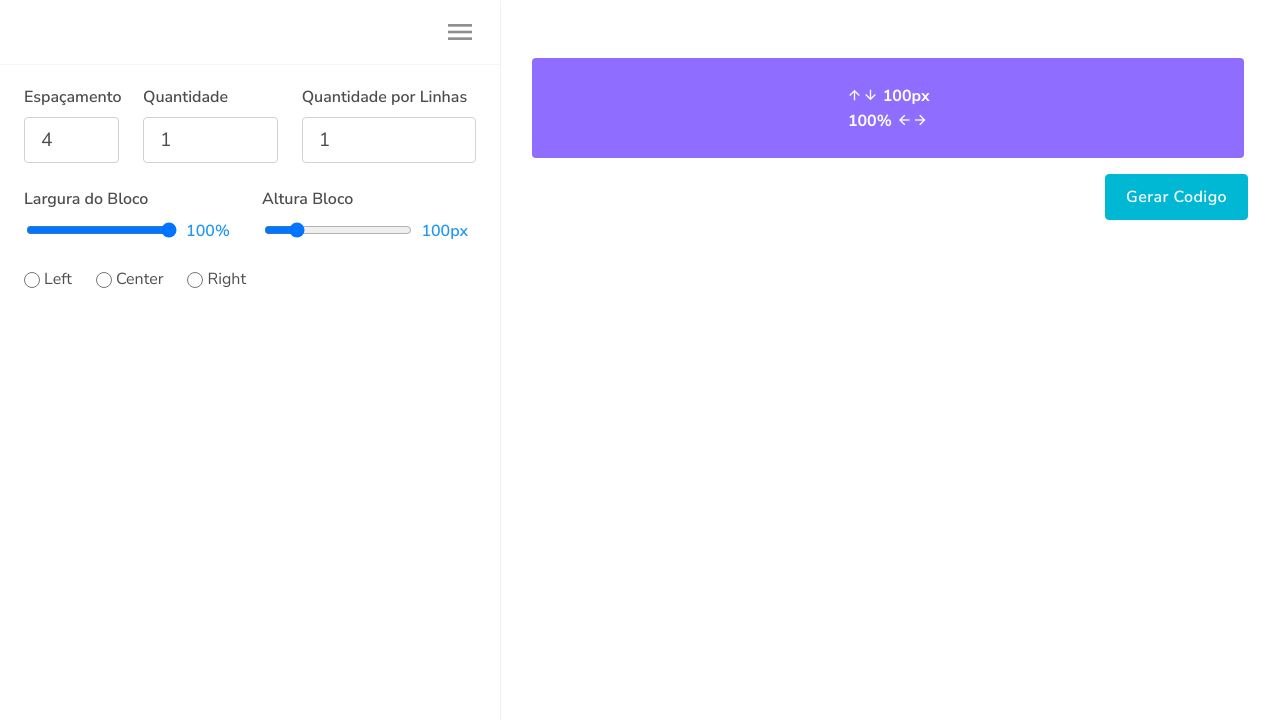
Repository: Flintdl/lowcode-elements
Page: /
An editor plug-in stored every save of this project. The page is shown before and after the next save, followed by the edit.
The browser window is 1280 px wide. The pictures show the whole page.
The project was rebuilt for these pictures with package versions that can differ from the ones it lists, and the page was loaded fresh each time. Also part of the build but not shown: vue.config.js.

Above is the page before, as saved 2022-04-05 09:39:25.

### src/components/Menu/MenuTemplate.vue
<template>
  <div>
    <div
      class="ham burger-link-mobile sf-display-flex sf-display-md-none"
      @click="menu"
    >
      <i class="mdi mdi-menu sf-text-xlg sf-text-muted sf-dropdown-action"></i>
    </div>
    <nav class="sf-menu">
      <div class="sf-menu-header">
        <div
          @click="menu"
          class="hamburger-link sf-display-none sf-display-md-block"
        >
          <i
            class="mdi mdi-menu sf-text-xlg sf-text-muted sf-dropdown-action"
          ></i>
        </div>
      </div>
      <div class="sf-menu-body">
        <ul class="sf-menu-ul">
          <li class="sf-menu-li sf-px-4">
            <div class="sf-row">
              <div class="sf-col-3 sf-form-group">
                <label class="sf-label">Espaçamento</label>
                <input
                  type="number"
                  min="1"
                  max="12"
                  value="2"
                  id="inputGap"
                  v-model="inputGap"
                  class="filter-states sf-text-capitalize"
                  placeholder="Quantidade de Blocos"
                />
              </div>
              <div class="sf-col-4 sf-form-group">
                <label class="sf-label">Quantidade</label>
                <input
                  type="number"
                  value="1"
                  id="inputQuantidade"
                  v-model="inputQuantidade"
                  class="filter-states sf-text-capitalize"
                  placeholder="Quantidade de Blocos"
                />
              </div>
              <div class="sf-col-5 sf-form-group">
                <label class="sf-label">Quantidade por Linhas</label>
                <input
                  type="number"
                  min="1"
                  max="12"
                  value="1"
                  id="inputQuantidadeLinha"
                  v-model="inputQuantidadeLinha"
                  class="filter-states sf-text-capitalize"
                  placeholder="Quantidade Linha"
                />
              </div>
              <div class="sf-col-6 sf-form-group">
                <label class="sf-label">Largura do Bloco</label>
                <div class="sf-input-group">
                  <input
                    type="range"
                    min="10"
                    max="100"
                    value="10"
                    id="inputRange"
                    v-model="inputRange"
                    class="sf-px-0 sf-border-right-0 sf-border-radius-right-0 sf-text-capitalize"
                  />
                  <div
                    class="sf-input-group-append sf-display-flex sf-justify-content-center"
                  >
                    <div
                      class="sf-display-flex sf-align-items-center sf-justify-content-center sf-border-left-0 sf-border-radius sf-border-radius-left-0 sf-px-2 sf-text-info sf-font-weight-bold sf-min-60-px"
                    >
                      {{ inputRange }}%
                    </div>
                  </div>
                </div>
              </div>
              <div class="sf-col-6 sf-form-group">
                <label class="sf-label">Altura Bloco</label>
                <div class="sf-input-group">
                  <input
                    type="range"
                    min="10"
                    max="500"
                    id="valorHeight"
                    v-model="valorHeight"
                    class="sf-px-0 sf-border-right-0 sf-border-radius-right-0 sf-text-capitalize"
                  />
                  <div
                    class="sf-input-group-append sf-display-flex sf-justify-content-center"
                  >
                    <div
                      class="sf-display-flex sf-align-items-center sf-justify-content-center sf-border-left-0 sf-border-radius sf-border-radius-left-0 sf-px-2 sf-text-info sf-font-weight-bold sf-min-60-px"
                    >
                      {{ valorHeight }}px
                    </div>
                  </div>
                </div>
              </div>
              <div class="sf-col-auto sf-form-group">
                <input
                  id="left"
                  type="radio"
                  name="drone"
                  v-model="checkValue"
                  value="left"
                  checked
                />
                <label for="left"> Left</label>
              </div>

              <div class="sf-col-auto sf-form-group">
                <input
                  type="radio"
                  id="center"
                  name="drone"
                  v-model="checkValue"
                  value="center"
                />
                <label for="center"> Center</label>
              </div>

              <div class="sf-col-auto sf-form-group">
                <input
                  type="radio"
                  id="right"
                  name="drone"
                  v-model="checkValue"
                  value="right"
                />
                <label for="right"> Right</label>
              </div>
            </div>
          </li>
        </ul>
      </div>
    </nav>
    <div class="sf-content-page">
      <HomeView
        :valor="parseInt(inputRange)"
        :inputGap="parseInt(inputGap)"
        :valorHeight="parseInt(valorHeight)"
        :quantidade="parseInt(inputQuantidade)"
        :quantidadeLinha="parseInt(inputQuantidadeLinha)"
        :checkValue="checkValue"
      />
    </div>
    <div class="ga-mascara-fundo" @click="mask"></div>
  </div>
</template>

<script>
import HomeView from "@/views/HomeView.vue";
import image from "@/assets/logo-soften.webp";

export default {
  name: "MenuTemplate",
  data: function () {
    return {
      inputQuantidade: (this.inputQuantidade = 1),
      inputQuantidadeLinha: (this.inputQuantidadeLinha = 1),
      inputRange: (this.inputRange = 100),
      valorHeight: (this.valorHeight = 100),
      inputGap: (this.inputGap = 4),
      checkValue: this.checkValue,
      image: image,
    };
  },
  components: {
    HomeView,
  },
  beforeMount() {
    if (window.innerWidth >= 768) {
      if (localStorage.getItem("menu") === "fechado") {
        document.body.classList.add("menu-fechado");
      } else {
        document.body.classList.remove("menu-fechado");
      }
    }

    (function () {
      var current = window.location.pathname.split("")[0];
      if (current === "") return;
      var menuItems = document.querySelectorAll(".sf-menu-list-link");
      for (var i = 0, len = menuItems.length; i < len; i++) {
        if (menuItems[i].getAttribute("href").indexOf(current) !== -1) {
          menuItems[i].className += " active-nolink";
          menuItems[i].nextElementSibling.className += " active-nolink";
        }
      }
    })();
  },
  methods: {
    menu() {
      if (window.innerWidth >= 768) {
        document.body.classList.toggle("menu-fechado");
        if (document.body.classList.contains("menu-fechado")) {
          localStorage.setItem("menu", "fechado");
        } else {
          localStorage.removeItem("menu");
        }
      } else {
        document.body.classList.toggle("menu-mobile-aberto");
      }
    },
    mask() {
      document.body.classList.remove("menu-mobile-aberto");
    },
  },
};

// function dropdown(menu) {
//   var dropdowns = document.getElementsByClassName("sf-dropdown-menu");
//   var i;
//   for (i = 0; i < dropdowns.length; i++) {
//     var openDropdown = dropdowns[i];
//     if (openDropdown.classList.contains("show")) {
//       openDropdown.classList.remove("show");
//     }
//   }
//   document.querySelector(menu).classList.toggle("show");
// }
</script>

<style lang="scss">
@import "@/assets/scss/style.scss";
@import "@/assets/scss/standard.scss";
@import "@/assets/scss/menu.scss";
</style>

### src/assets/scss/_variables.scss
// Primarys Colors
$standardTextColor: #4d4d4d;

$primaryColor: #8e6dff;
$secondaryColor: #009997;
$buttonDisableColor: #9c9c9c;
$buttonDisableBgColor: #7676764d;

// Menu Colors

$bgMenuColor: #1d1d1d;
$linkMenuColor: #7b8089;
$iconMenuColor: #2a2a2a;
$borderMenuColor: #323232;

// Botão Colors

$btnPrimary: #00b8d4;
$btnPrimaryHover: #0085b0;

// Generics Colors

$whiteColor: #ffffff;
$mutedColor: #8f8f8f;
$cardColor: #f3f4f7;
$cardColorLight: #f9fafc;
$cardColorLightTwo: #f1f5fc;
$greyLight: #d1d1d1;

// Dropdown Colors

$dropdownHeaderColor: #5f5f5f;
$dropdownColor: #ebffff;

// State Colors

$successColor: #3dc661;
$dangerColor: #e7515a;
$warningColor: #e2a03f;
$infoColor: #2196f3;
$defaultColor: #172b4d;
$lightColor: #e0e0e0;

### src/assets/scss/standard.scss
@import "variables";

.sf-content-page {
  transition: margin-left 0.15s ease;
  margin-left: 500px;
  padding: 3.6rem 2rem;
}

input,
select {
  font-size: 1.2rem;
  font-family: "Nunito Sans", sans-serif;
  color: #4d4d4d;
  background-color: #ffffff;
  width: 100%;
  display: block;
  height: 46px;
  padding: 0 1rem;
  border-radius: 4px;
  border: 1px solid #d1d1d1;
}

input:disabled {
  background-color: $buttonDisableBgColor;
}

textarea {
  font-size: 0.875rem;
  font-family: "Nunito Sans", sans-serif;
  color: #4d4d4d;
  background-color: #ffffff;
  width: 100%;
  display: block;
  padding: 1rem;
  border-radius: 4px;
  border: 1px solid #d1d1d1;
  resize: none;
}

input[type="range"] {
  height: fit-content !important;
}

.sf-form-100 {
  width: calc(100% + 24px);
}

/* Input Radio */
.form-selectradio,
.form-selectcheckbox {
  display: flex;
}

.form-selectradiobutton,
.form-selectcheckboxbutton {
  display: inline-block;
  border-radius: 50%;
  margin: 0;
}

.form-selectradiobutton label,
.form-selectcheckboxbutton label {
  font-size: 0.875rem;
  cursor: pointer;
  display: inline-block;
  margin: 0 16px 0 8px;
  vertical-align: middle;
}

input[type="radio"],
input[type="checkbox"] {
  width: 1rem;
  height: 1rem;
  text-align: center;
  position: relative;
  border-radius: 50%;
  line-height: 16px;
  cursor: pointer;
  margin: 0;
  display: inline-block;
  vertical-align: middle;
}

input[type="checkbox"] {
  border-radius: 6px;
}

// Renderização de Consulta - Botão

.sf-action-rendered-content {
  gap: 8px;
  .sf-action-rendered-consult {
    -webkit-box-flex: 1;
    -ms-flex-positive: 1;
    flex-grow: 1;
    white-space: nowrap;
    width: auto;
    span {
      cursor: pointer;
      &:hover {
        // background-color: #27272736 !important;
        border-color: #272727 !important;
      }
      &.actived {
        // background-color: #00b8d436 !important;
        border-color: #00b8d4 !important;
        font-weight: 700;
      }
    }
  }
}

// Renderização de Consulta - Botão

// Conteúdo socio resultado

.sf-card-socio-content {
  gap: 12px;
  .sf-card-socio {
    width: 100%;
    &.actived {
      div {
        background-color: #1fbdd538;
        border-color: #00b8d4 !important;
        color: #0395ac;
      }
    }
    &:hover {
      div {
        border-color: #00b8d4 !important;
        color: #0395ac;
        cursor: pointer;
      }
    }
  }
}
// Conteúdo socio resultado

// Conteúdo contato resultado

.sf-contact-business-content {
  gap: 12px;
  &.sf-business-overflow {
    ::-webkit-scrollbar {
      background: #e0e0e0;
      height: 4px;
      width: 6px;
    }

    ::-webkit-scrollbar-thumb {
      background: #bebebe;
    }
    ::-webkit-scrollbar-track {
      background-color: #e0e0e0;
    }
    ul {
      max-height: 392px;
      overflow-y: auto;
    }
  }
  .sf-contact-content-list {
    width: 100%;
    &.content-list-segments {
      height: fit-content;
      div {
        background-color: #f5f5f5;
        width: 100%;
      }
      &.actived {
        div {
          background-color: #1fbdd538;
          border-color: #00b8d4 !important;
          color: #0395ac;
        }
      }
      &:hover {
        div {
          border-color: #00b8d4 !important;
          color: #0395ac;
          cursor: pointer;
        }
      }
    }
  }
  &.sf-content-grid {
    .sf-contact-content-list {
      flex: initial;
    }
  }
}

.information-list-business {
  .information-list-business-li {
    span {
      width: 100%;
    }
    &:nth-child(odd) {
      background-color: #79797936;
    }
  }
}

.autocomplete-items {
  position: absolute;
  border: 1px solid #d4d4d4;
  margin: 12px 12px 0;
  border-radius: 4px;
  max-height: 210px;
  overflow-y: auto;
  z-index: 99;
  top: 100%;
  left: 0;
  right: 0;
}

.autocomplete-items div {
  padding: 10px;
  cursor: pointer;
  background-color: #fff;
  border-bottom: 1px solid #d4d4d4;
  &:last-child {
    border-bottom: 0;
  }
}

.autocomplete-items div:hover {
  background-color: #e9e9e9;
}

.autocomplete-active {
  background-color: DodgerBlue !important;
  color: #ffffff;
}

@media (min-width: 731px) {
  .sf-contact-business-content {
    .sf-contact-content-list {
      width: calc(50% - 12px);
    }
    &.sf-content-grid {
      .sf-contact-content-list {
        width: calc(50% - 12px);
      }
    }
  }
  .sf-card-socio-content {
    .sf-card-socio {
      width: calc(50% - 12px);
    }
  }
}

@media (min-width: 960px) {
  .sf-contact-business-content {
    .sf-contact-content-list {
      width: calc((100% - 24px) / 3);
    }
    &.sf-content-grid {
      .sf-contact-content-list {
        width: calc((100% - 24px) / 3);
      }
    }
  }
  .sf-card-socio-content {
    .sf-card-socio {
      width: calc((100% - 24px) / 3);
    }
  }
}
@media (min-width: 1200px) {
  .sf-contact-business-content {
    .sf-contact-content-list {
      width: calc((100% - 24px) / 3);
    }
    &.sf-content-grid {
      .sf-contact-content-list {
        width: calc(100% / 4);
      }
    }
  }
  .sf-card-socio-content {
    .sf-card-socio {
      width: calc((100% - 36px) / 4);
    }
  }
}

// Conteúdo contato resultado

.sf-loading-animation {
  z-index: 999999;
  // display: none;
  height: 100px;
  width: 100px;
}

.sf-loading-input {
  height: 100%;
  width: 40px;
}

// Error Style

.sf-error-svg {
  font-size: 3rem;
  font-family: Impact, Haettenschweiler, "Arial Narrow Bold", sans-serif;
}
/*////////////////////v animation//////////////////*/
.text1 {
  fill: none;
  stroke-linejoin: round;
  stroke-dasharray: 1160;
  stroke-dashoffset: 0;
}
.text1:nth-child(3n) {
  fill: #272727;
}

.text1:nth-child(3n + 2) {
  fill: #e7515a;
}

.text2 {
  fill: #2196f3;
}
// Mesagem Box

.mensagem-box {
  position: fixed;
  overflow: hidden;
  z-index: 997;
  right: 30px;
  bottom: 30px;
}

.mensagem {
  margin-bottom: 12px;
  border-radius: 4px;
  padding: 16px 32px;
  font-size: 1rem;
  color: #fff;
  z-index: 998;
}

.mensagem:last-child {
  margin-bottom: 0;
}

.mensagem.success {
  background-color: $successColor;
}

.mensagem.error {
  background-color: $dangerColor;
}

.mensagem.warning {
  background-color: $warningColor;
}

// Mesagem Box

// Error Style

.sf-modal {
  background-color: #000;
  position: fixed;
  z-index: -1;
  display: none;
  height: 100%;
  width: 100%;
  opacity: 0;
  left: 0;
  top: 0;
  &.actived {
    background-color: gray;
    display: block;
    z-index: 9999;
    opacity: 0.8;
  }
}

### src/views/HomeView.vue
<template>
  <div>
    <div class="sf-row">
      <div
        id="sf-preview-code-content"
        class="sf-col-12 sf-mx-auto sf-position-relative"
      >
        <!-- <div class="sf-display-flex sf-flex-wrap sf-width-100">
          <div
            id="sf-grid-template"
            class="sf-grid sf-position-relative"
            :style="{
              width: cssProps.width,
              height: String(valorHeight) + 'px',
              left: inputGap / 2 + 'px',
            }"
            v-bind:key="n"
            v-for="n of quantidade"
          ></div>
        </div> -->
        <div
          id="sf-preview-code"
          :style="gapProps"
          class="sf-display-flex sf-flex-wrap sf-width-100"
        >
          <DivGrid
            v-bind:key="n"
            v-for="n of quantidade"
            :tamanho="String(valor)"
            :altura="String(valorHeight)"
            class="sf-position-relative"
            :width="cssProps"
          />
        </div>
      </div>
      <div class="sf-col-12 sf-mt-3 sf-display-flex sf-justify-content-end">
        <button class="sf-btn sf-btn-primary" @click="gerarCodigo">
          Gerar Codigo
        </button>
      </div>
    </div>
    <div class="sf-row" v-if="htmlPreviewCode">
      <div class="sf-col-12 sf-mx-auto sf-mt-5 sf-code-content">
        <div class="sf-bg-code sf-p-4 sf-border-radius">
          <code>
            <span class="sf-text-info">Código do Preview</span> <br />
            {{ htmlPreviewCode }}
          </code>
        </div>
      </div>
    </div>
  </div>
</template>

<script>
// @ is an alias to /src

import DivGrid from "@/components/templates/DivGrid.vue";

export default {
  name: "HomeView",
  data: function () {
    return {
      htmlPreviewCode: null,
    };
  },
  components: {
    DivGrid,
  },
  props: {
    valor: Number,
    inputGap: Number,
    quantidade: Number,
    valorHeight: Number,
    quantidadeLinha: Number,
    checkValue: String,
  },
  computed: {
    cssProps() {
      return {
        width: `calc(${this.valor / this.quantidadeLinha}% - ${
          this.inputGap
        }px)`,
        height: this.valorHeight + "px",
      };
    },
    gapProps() {
      return {
        gap: this.inputGap + "px",
        "justify-content": this.checkValue,
      };
    },
  },
  methods: {
    gerarCodigo() {
      this.htmlPreviewCode =
        document.getElementById("sf-preview-code").innerHTML;
    },
  },
};
</script>

<style>
#sf-grid-template:after {
  content: "";
  width: 100%;
  height: 150%;
  top: -25%;
  background-color: #ff008c0a;
  border: 1px solid rgba(255, 0, 140, 0.103);
  border-left: 2px solid #ff008c38;
  border-right: 2px solid #ff008c38;
  position: absolute;
}
</style>

### src/components/templates/DivGrid.vue
<template>
  <div
    class="sf-bg-primary sf-position-relative sf-border-radius sf-overflow-hidden"
    :style="width"
  >
    <span
      class="sf-position-absolute sf-centerAbsolute-xy sf-text-white sf-font-weight-extra-bold sf-text-center"
      :style="tamanho"
    >
      <i
        class="mdi mdi-arrow-up sf-text-md sf-text-white sf-dropdown-action"
      ></i>
      <i
        class="mdi mdi-arrow-down sf-text-md sf-text-white sf-dropdown-action"
      ></i>
      {{ altura }}px <br />

      {{ tamanho }}%
      <i
        class="mdi mdi-arrow-left sf-text-md sf-text-white sf-dropdown-action"
      ></i>
      <i
        class="mdi mdi-arrow-right sf-text-md sf-text-white sf-dropdown-action"
      ></i>
    </span>
  </div>
</template>

<script>
export default {
  props: {
    width: Object,
    tamanho: String,
    altura: String,
  },
};
</script>

<style></style>

Loaded but not shown: public/index.html (common file); src/main.js (common file); src/App.vue (common file); src/registerServiceWorker.js (common file); src/router/index.js (common file); src/assets/scss/materialdesignicons.scss (9 lines, source omitted); src/assets/scss/style.scss (4087 lines, source omitted); src/assets/scss/menu.scss (396 lines, source omitted)

After the next save:
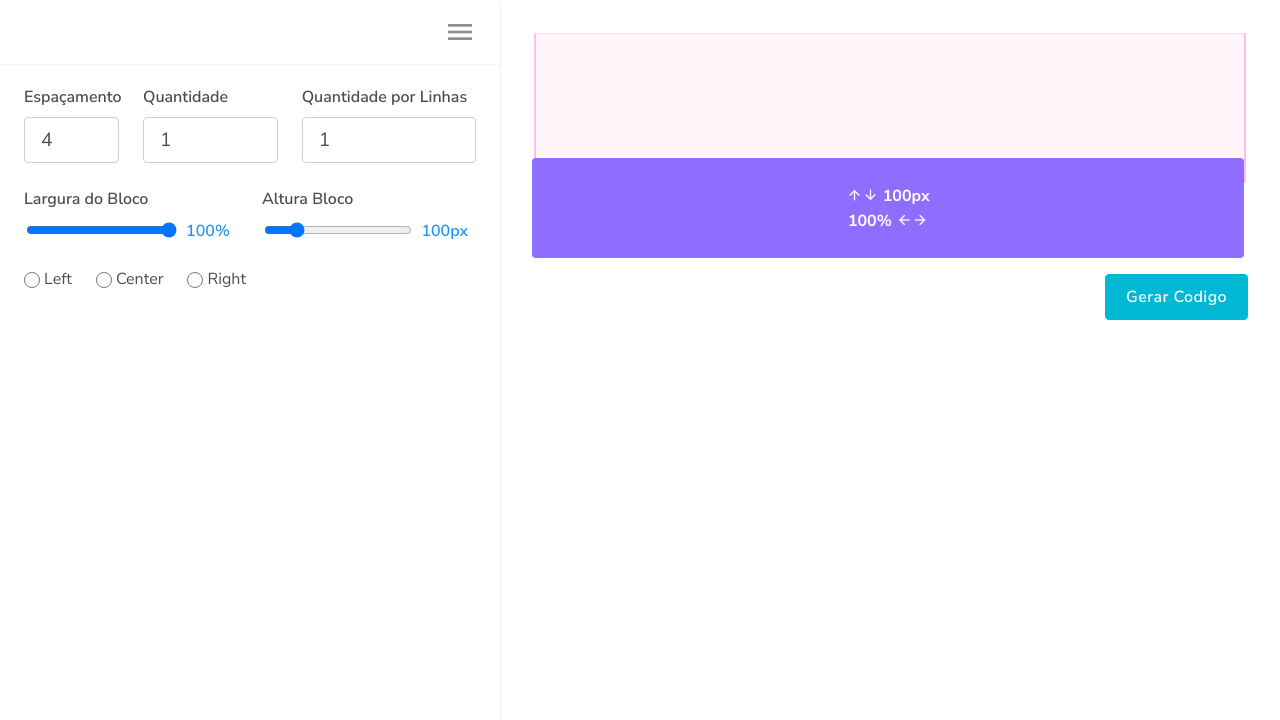
Saved 2 min 59 s later.
--- a/src/views/HomeView.vue
+++ b/src/views/HomeView.vue
@@ -5,7 +5,7 @@
         id="sf-preview-code-content"
         class="sf-col-12 sf-mx-auto sf-position-relative"
       >
-        <!-- <div class="sf-display-flex sf-flex-wrap sf-width-100">
+        <div class="sf-display-flex sf-flex-wrap sf-width-100">
           <div
             id="sf-grid-template"
             class="sf-grid sf-position-relative"
@@ -17,7 +17,7 @@
             v-bind:key="n"
             v-for="n of quantidade"
           ></div>
-        </div> -->
+        </div>
         <div
           id="sf-preview-code"
           :style="gapProps"

After the save that followed:
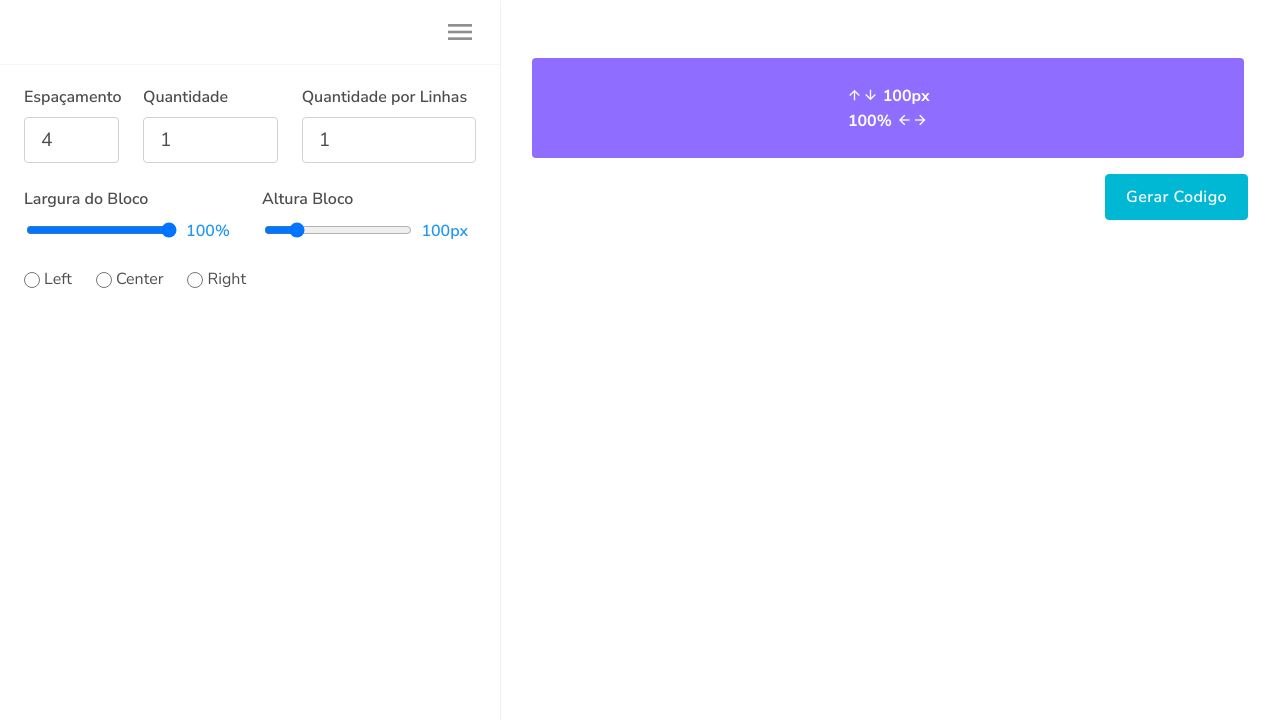
Saved 27 s later.
--- a/src/views/HomeView.vue
+++ b/src/views/HomeView.vue
@@ -5,7 +5,7 @@
         id="sf-preview-code-content"
         class="sf-col-12 sf-mx-auto sf-position-relative"
       >
-        <div class="sf-display-flex sf-flex-wrap sf-width-100">
+        <!-- <div class="sf-display-flex sf-flex-wrap sf-width-100">
           <div
             id="sf-grid-template"
             class="sf-grid sf-position-relative"
@@ -17,7 +17,7 @@
             v-bind:key="n"
             v-for="n of quantidade"
           ></div>
-        </div>
+        </div> -->
         <div
           id="sf-preview-code"
           :style="gapProps"
